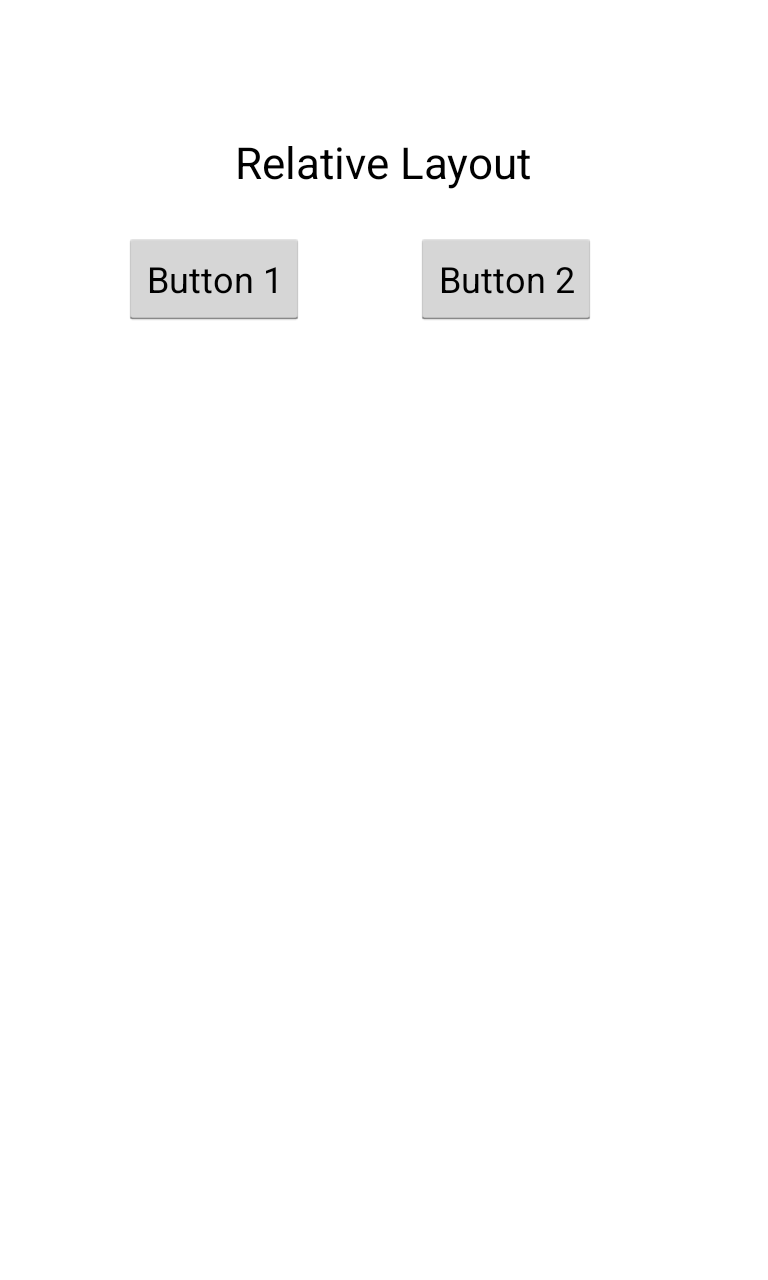
Repository: MadhuHS/JECM3
Layout: Layouts/res/layout/activity_main.xml
An editor plug-in stored every save of this project. The layout is shown before and after the next save, followed by the edit.
It is drawn on a 768 x 1280 px phone screen (xhdpi) without system bars, with theme AppTheme; the app's code is not run.

Above is the layout before, as saved 2015-11-25 03:37:54.

### Layouts/res/layout/activity_main.xml
<RelativeLayout xmlns:android="http://schemas.android.com/apk/res/android"
    xmlns:tools="http://schemas.android.com/tools"
    android:layout_width="match_parent"
    android:layout_height="match_parent"
    android:paddingBottom="@dimen/activity_vertical_margin"
    android:paddingLeft="@dimen/activity_horizontal_margin"
    android:paddingRight="@dimen/activity_horizontal_margin"
    android:paddingTop="@dimen/activity_vertical_margin"
    tools:context=".MainActivity" >

    <TextView
        android:id="@+id/textView1"
        android:layout_width="wrap_content"
        android:layout_height="wrap_content"
        android:layout_alignParentTop="true"
        android:layout_centerHorizontal="true"
        android:layout_marginTop="50dp"
        android:text="Relative Layout"
        android:textAppearance="?android:attr/textAppearanceLarge" />

    <Button
        android:id="@+id/button1"
        android:layout_width="wrap_content"
        android:layout_height="wrap_content"
        android:layout_alignParentLeft="true"
        android:layout_below="@+id/textView1"
        android:layout_marginLeft="45dp"
        android:layout_marginTop="20dp"
        android:text="Button 1" />

    <Button
        android:id="@+id/button2"
        android:layout_width="wrap_content"
        android:layout_height="wrap_content"
        android:layout_alignTop="@+id/button1"
        android:layout_marginLeft="54dp"
        android:layout_toRightOf="@+id/button1"
        android:text="Button 2" />

</RelativeLayout>

Loaded but not shown: Layouts/res/values/styles.xml (common file); Layouts/res/values-v11/styles.xml (common file); Layouts/res/values-v14/styles.xml (common file); Layouts/res/values/dimens.xml (common file)

After the next save:
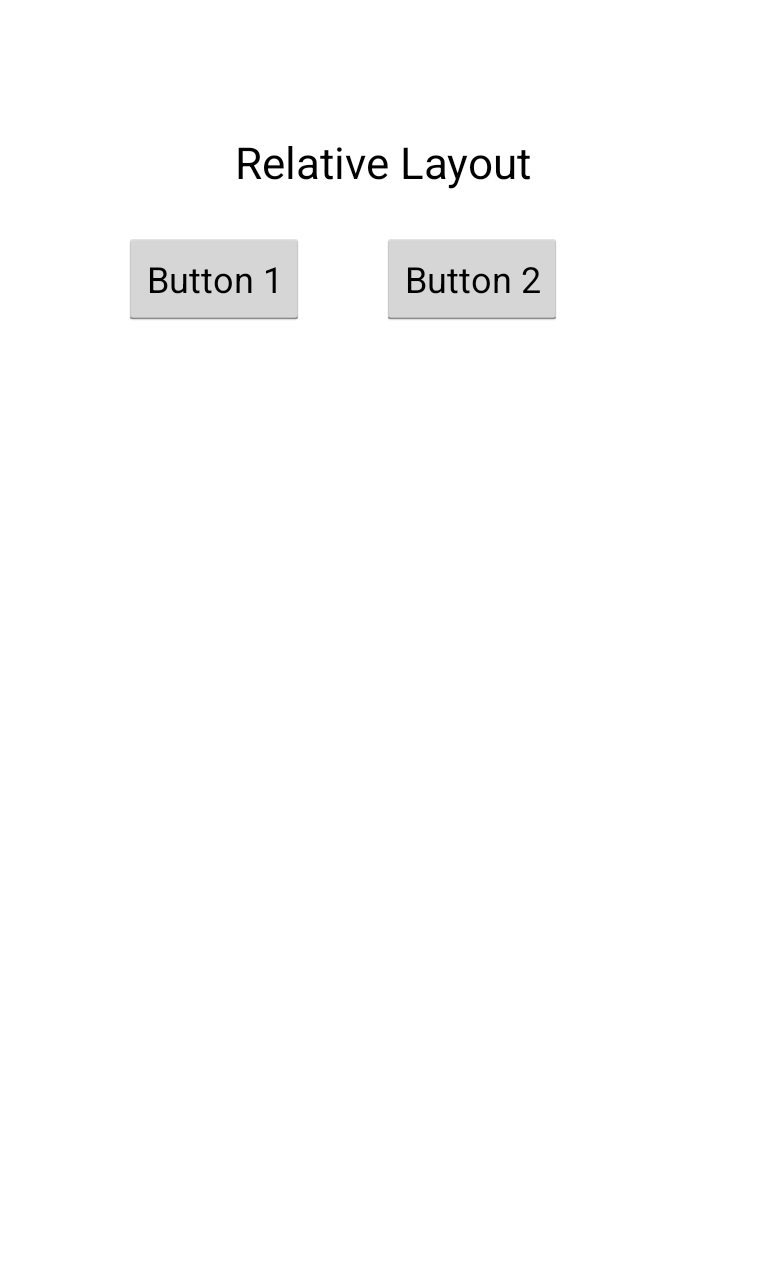
Saved 24 s later.
--- a/Layouts/res/layout/activity_main.xml
+++ b/Layouts/res/layout/activity_main.xml
@@ -32,8 +32,9 @@
         android:id="@+id/button2"
         android:layout_width="wrap_content"
         android:layout_height="wrap_content"
-        android:layout_alignTop="@+id/button1"
-        android:layout_marginLeft="54dp"
+        android:layout_alignBaseline="@+id/button1"
+        android:layout_alignBottom="@+id/button1"
+        android:layout_marginLeft="37dp"
         android:layout_toRightOf="@+id/button1"
         android:text="Button 2" />
 
